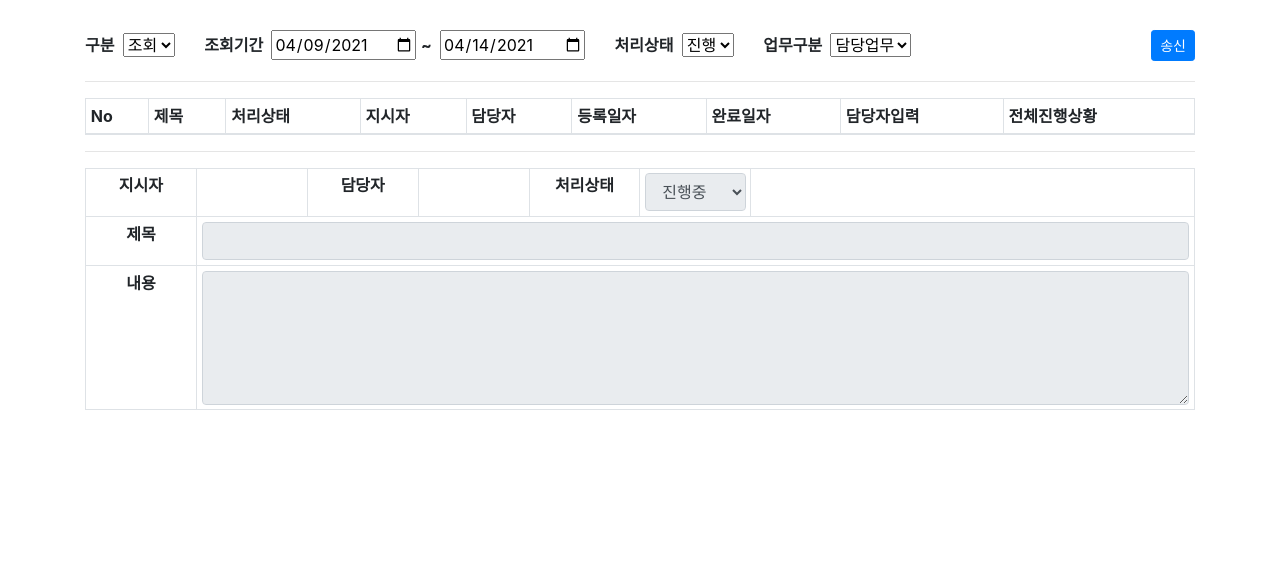
Repository: jungtaeyong/FSB_Project
Page: http://localhost/FsbJobMgt/main.jsp
These files come from the project's save history. The page is drawn as it stood at one moment and after the next save; the edit follows.
The browser window is 1280 px wide. The pictures show the whole page.
The page is served by Tomcat 9.

Above is the page before, as saved 2021-04-16 06:06:55.

### FsbJobMgt/WebContent/main.jsp
<%@ page language="java" contentType="text/html; charset=EUC-KR" pageEncoding="EUC-KR"%>
<%@ include file="/modal1_Adding.jsp" %>

<!DOCTYPE html PUBLIC "-//W3C//DTD HTML 4.01 Transitional//EN" "http://www.w3.org/TR/html4/loose.dtd">
<html>
<head>
<meta http-equiv="Content-Type" content="text/html; charset=EUC-KR">
<title>업무 관리</title>
</head>
<body>
<!-- jquery  -->
<script type="text/javascript" src="js/jquery-3.6.0.min.js"></script>

<!-- bootstrap -->
<link rel="stylesheet" type="text/css" href="lib/Bootstrap-4-4.1.1/css/bootstrap.min.css"/>
<script type="text/javascript" src="lib/Bootstrap-4-4.1.1/js/bootstrap.min.js"></script>

<!-- datatables -->
<link rel="stylesheet" type="text/css" href="lib/DataTables-1.10.24/css/dataTables.bootstrap4.min.css"/>
<script type="text/javascript" src="lib/DataTables-1.10.24/js/jquery.dataTables.min.js"></script>
<script type="text/javascript" src="lib/DataTables-1.10.24/js/dataTables.bootstrap4.min.js"></script>
<script>
$(document).ready(function() {
	/* 초기 조회 조건 세팅 */
	$('#REQUEST_TYPE').val('1'); //구분
	$('#BZWR_STS').val('01'); //처리상태
	$('#BZWR_DSTC').val('2'); //업무구분

	let befor7days= new Date();
	befor7days.setDate(befor7days.getDate()-5);
	document.getElementById('FROM_DATE').valueAsDate = befor7days; //FROM_DATE
	document.getElementById('TO_DATE').valueAsDate = new Date(); //TO_DATE


	/* 송신버튼 */
	$('#action_submit').click(function(){
		let dvcd = $('#REQUEST_TYPE').val();
		if(dvcd=='1'){
			console.log('조회');
			setTable();
		}else if(dvcd=='2'){
			console.log('등록');
			createNewJob();
		}else if(dvcd=='3'){
			console.log('변경');
			updateJob();
		}
	});

	/* 구분 변경 이벤트 처리 */
	$('#REQUEST_TYPE').change(function() {
		let dvcd = $('#REQUEST_TYPE').val();
		if(dvcd=='1'){
			$('#BZWR_EXC_CHGR_BTN').hide();
			$('#BZWR_STS_2').attr("disabled",true);
			$('#BZWR_TTL').attr("disabled",true);
			$('#BZWR_CNTN').attr("disabled",true);
		}else if(dvcd=='2'){
			$('#BZWR_INDC_CHGR').text('로그인 유저');
			$('#BZWR_EXC_CHGR').text('');
			$('#BZWR_EXC_CHGR_BTN').show();
			$('#BZWR_STS_2').attr("disabled",true);
			$('#BZWR_TTL').val("");
			$('#BZWR_CNTN').val("");
			$('#BZWR_TTL').removeAttr("disabled");
			$('#BZWR_CNTN').removeAttr("disabled");
		}else if(dvcd=='3'){
			$('#BZWR_EXC_CHGR_BTN').show();
			$('#BZWR_STS_2').removeAttr("disabled");
			$('#BZWR_TTL').removeAttr("disabled");
			$('#BZWR_CNTN').removeAttr("disabled");
			alert('변경할 데이터를 선택해주세요.');
		}
	});

} );

//function setTable(){
	/* 테이블 데이터 로딩 */
	let sendData = {
    		REQUEST_TYPE:$('#REQUEST_TYPE').val(),
    		FROM_DATE:$('#FROM_DATE').val(),
    		TO_DATE:$('#TO_DATE').val(),
    		BZWR_STS:$('#BZWR_STS').val(),
    		BZWR_DSTC:$('#BZWR_DSTC').val()
    };
	console.log('sendData',sendData);
	let jobList = $('#job_list').DataTable( {
        ajax : {
        	url : 'lib/testJson2.json',
        	type : 'POST',
        	data : sendData
        },
        columns : [
			{data: null },
			{data: "BZWR_TTL" },
            {data: "BZWR_STS", render : function ( data, type, row, meta ) {
            	if(data=="01"){
            		return '진행중';
            	}else if(data=="02"){
            		return '완료';
            	}
            }},
            {data: "BZWR_INDC_CHGR_TXT" },
            {data: "BZWR_EXC_CHGR_TXT" },
            {data: "BZWR_REG_DT" },
            {data: "BZWR_CMPL_DT" },
            {data: null , render : function ( data, type, row, meta ) {
                return '<button name="first_btn" class="btn btn-sm btn-default">입력</button>'
            }},
            {data: null , render : function ( data, type, row, meta ) {
                return '<button name="second_btn" class="btn btn-sm btn-default">확인</button>'
            }}
        ],
        columnDefs: [{ className: 'text-center', targets: [0,2,3,4,5,6,7,8] }],
        order: [[ 1, 'asc' ]]
    });
	console.log(jobList);

	/* 테이블 Index 생성을 위한 함수 */
	jobList.on( 'order.dt search.dt', function () {
		jobList.column(0, {search:'applied', order:'applied'}).nodes().each( function (cell, i) {
	        cell.innerHTML = i+1;
	    } );
	} ).draw();

	/* 테이블 클릭 이벤트  -> 클릭한 row에 해당하는 데이터를 상세 정보에 보여줌*/
	$('#job_list tbody').on('click', 'td:nth-child(-n+7)', function () {
		let data = jobList.row( this ).data();
	    console.log('Table Click Event',data);

		if($('#REQUEST_TYPE').val()!='2'){ //"구분-등록" 상태면 반응 없음.
	        $('#BZWR_INDC_CHGR').text(data.BZWR_INDC_CHGR_TXT); //지시자
	        $('#BZWR_EXC_CHGR').text(data.BZWR_EXC_CHGR_TXT); //담당자
	        $('#BZWR_STS_2').val(data.BZWR_STS); //처리상태(업무상태)
	        $('#BZWR_TTL').val(data.BZWR_TTL); //제목
	        $('#BZWR_CNTN').val(data.BZWR_CNTN); //내용
	        if($('#REQUEST_TYPE').val()=='1' || data.BZWR_STS=='02'){
	        	$('#BZWR_EXC_CHGR_BTN').hide();
				$('#BZWR_STS_2').attr("disabled",true);
				$('#BZWR_TTL').attr("disabled",true);
				$('#BZWR_CNTN').attr("disabled",true);
	        }else{
	        	$('#BZWR_EXC_CHGR_BTN').show();
				$('#BZWR_STS_2').removeAttr("disabled");
				$('#BZWR_TTL').removeAttr("disabled");
				$('#BZWR_CNTN').removeAttr("disabled");
	        }
		}
	} );

	/* 선택된  row 하이라이트 */
	$('#job_list tbody').on('click', 'tr', function() {
		$('#job_list tbody > tr').css('background-color','#ffffff');
		$(this).css('background-color','#f0f5f5');
	});

	/* 테이블 버튼 이벤트(담당자입력) */
	$('#job_list tbody').on( 'click', 'button[name="first_btn"]', function () {
	    let data = jobList.row( $(this).parents('tr') ).data();
		//console.log("First Button",data);
		setData(data); //모달 페이지로 데이터를 전달하기 위한 함수
		$('#exampleModal').modal();
	} );

	/* 테이블 버튼 이벤트(전체진행상황) */
	$('#job_list tbody').on( 'click', 'button[name="second_btn"]', function () {
	    let data = jobList.row( $(this).parents('tr') ).data();
		//console.log("Second Button",data);
	    setData(data); //모달 페이지로 데이터를 전달하기 위한 함수
		$('#exampleModalCenter').modal();
	} );
//}

/* 등록 */
function createNewJob(){
	$.ajax({
		url:'',
		dataType:'application/json',
		data : {
			REQUEST_TYPE:$('#REQUEST_TYPE').val(), //구분(조회,등록,변경)
			BZWR_DSTC:$('#BZWR_DSTC').val(), //업무구분
			BZWR_INDC_CHGR:'로그인 유저', //업무지시담당자
			BZWR_EXC_CHGR:'담당자', //업무수행담당자
			BZWR_STS:'1', //업무상태 (등록 시 진행으로 세팅)
			BZWR_TTL:$('#BZWR_TTL').val(), //업무제목
			BZWR_CNTN:$('#BZWR_CNTN').val() //업무내용
		},
		success:function(data){
			alert('등록 되었습니다.');
	   }
	})
}

/* 변경 */
function updateJob(){
	$.ajax({
		url:'',
		dataType:'application/json',
		data : {
			REQUEST_TYPE:$('#REQUEST_TYPE').val(), //구분(조회,등록,변경)
			BZWR_DSTC:$('#BZWR_DSTC').val(), //업무구분
			BZWR_EXC_CHGR:'담당자', //업무수행담당자
			BZWR_STS:$('#BZWR_STS_2').val(), //업무상태
			BZWR_TTL:$('#BZWR_TTL').val(), //업무제목
			BZWR_CNTN:$('#BZWR_CNTN').val() //업무내용
		},
		success:function(data){
			alert('변경 되었습니다.');
	   }
	})
}

</script>
<div class="container" style="margin-top:30px">
	<!-- 조회 조건 -->
	<div>
		<div>
			<label style="font-weight:bold;">구분&nbsp;</label>
			<select id="REQUEST_TYPE" style="margin-right:25px">
			    <option value="1">조회</option>
			    <option value="2">등록</option>
			    <option value="3">변경</option>
			</select>
			<label style="font-weight:bold">조회기간&nbsp;</label>
			<input type="date" id="FROM_DATE" style="width:145px" value=""/>
			<label style="font-weight:bold">~&nbsp;</label>
			<input type="date" id="TO_DATE" value=""  style="margin-right:25px;width:145px"/>
			<label style="font-weight:bold;">처리상태&nbsp;</label>
			<select id="BZWR_STS" style="margin-right:25px">
			    <option value="01">진행</option>
			    <option value="02">완료</option>
			    <option value="03">전체</option>
			</select>
			<label style="font-weight:bold;">업무구분&nbsp;</label>
			<select id="BZWR_DSTC">
			    <option value="1">지시업무</option>
			    <option value="2">담당업무</option>
			</select>
			<input type='button' id="action_submit" class="btn btn-sm btn-primary" style="float:right" value='송신'/>
		</div>
	</div>
	<hr/>
	<!-- 목록 -->
	<div>
		<table id="job_list" class="table table-sm table-bordered">
	        <thead>
	            <tr>
	            	<th>No</th>
	                <th>제목</th>
	                <th>처리상태</th>
	                <th>지시자</th>
	                <th>담당자</th>
	                <th>등록일자</th>
	                <th>완료일자</th>
	                <th>담당자입력</th>
	                <th>전체진행상황</th>
	            </tr>
	        </thead>
	    </table>
	</div>
	<hr/>
	<!-- 상세 -->
	<div>
		<table class="table table-bordered table-sm display" style="text-align:center;">
			<tr>
				<th scope="col" width="10%">지시자</th>
				<td scope="col" id="BZWR_INDC_CHGR" width="10%"></td>
				<th scope="col" width="10%">담당자</th>
				<td scope="col" width="10%">
					<span id="BZWR_EXC_CHGR"></span>
					<button id="BZWR_EXC_CHGR_BTN" class="btn btn-sm btn-info" style="display:none">선택</button>
				</td>
				<th scope="col" width="10%">처리상태</th>
				<td scope="col" width="10%">
					<select id="BZWR_STS_2" class="form-control" disabled>
					    <option value="01">진행중</option>
					    <option value="02">완료</option>
					</select>
				</td>
				<td scope="col"></td>
			</tr>
			<tr>
				<th scope="row">제목</th><td colspan="6"><input type="text" id="BZWR_TTL" class="form-control input-sm" disabled/></td>
			</tr>
			<tr>
				<th scope="row">내용</th><td colspan="6"><textarea ID="BZWR_CNTN" class="form-control input-sm" rows="5" disabled></textarea></td>
			</tr>
		</table>
	</div>
</div>
</body>
</html>

### FsbJobMgt/WebContent/modal1_Adding.jsp
<%@ page language="java" contentType="text/html; charset=EUC-KR"
    pageEncoding="EUC-KR"%>
<!DOCTYPE html>

<html lang="en">
  <head>
    <!-- Required meta tags -->
    <meta charset="utf-8">
    <meta name="viewport" content="width=device-width, initial-scale=1, shrink-to-fit=no">

	<!-- jquery  -->
	<script type="text/javascript" src="js/jquery-3.6.0.min.js"></script>

	<!-- bootstrap -->
	<link rel="stylesheet" type="text/css" href="lib/Bootstrap-4-4.1.1/css/bootstrap.min.css"/>
	<script type="text/javascript" src="lib/Bootstrap-4-4.1.1/js/bootstrap.min.js"></script>




<!--     드롭다운 style -->
    <style>
	.dropbtn {
	  background-color: #4CAF50;
	  color: white;
	  padding: 16px;
	  font-size: 16px;
	  border: none;
	}

	.dropdown {
	  position: relative;
	  display: inline-block;
	}

	.dropdown-content {
	  display: none;
	  position: absolute;
	  background-color: #f1f1f1;
	  min-width: 160px;
	  box-shadow: 0px 8px 16px 0px rgba(0,0,0,0.2);
	  z-index: 1;
	}

	.dropdown-content a {
	  color: black;
	  padding: 12px 16px;
	  text-decoration: none;
	  display: block;
	}

	.dropdown-content a:hover {background-color: #ddd;}

	.dropdown:hover .dropdown-content {display: block;}

	.dropdown:hover .dropbtn {background-color: #3e8e41;}
	</style>

  </head>
  <script>
	function setData(data){
		let dataObjFromMain; //dataObjFromMain.JOB_CD 처럼 접근해서 사용.
		dataObjFromMain=data;
		console.log('dataObjFromMain',dataObjFromMain); //확인용

		/* 여기에 DB에 데이터 요청하고 받아오고 view에 적용하는 로직 작성 */
	}
  </script>
  <body>
    <!--
    <h1>In Page</h1>
	<button type="button" class="btn btn-primary" data-toggle="modal" data-target="#exampleModal" data-whatever="@mdo">담당자 추가</button>
	-->


	<!-- 	### 담당자 추가 -->
	<div class="modal fade" id="exampleModal" tabindex="-1" role="dialog" aria-labelledby="exampleModalLabel" aria-hidden="true">
	  <div class="modal-dialog" role="document">
	    <div class="modal-content">
	      <div class="modal-header">
	        <h5 class="modal-title" id="exampleModalLabel">담당자 추가</h5>
	        <button type="button" class="close" data-dismiss="modal" aria-label="Close">
	          <span aria-hidden="true">&times;</span>
	        </button>
	      </div>

	      <div class="modal-body">
		    <b>최초 지시자&emsp;</b> <em>OOO</em>
		    &emsp;&emsp;&emsp;&emsp;&emsp;
		    <b>현재 담당자&emsp;</b> <em>OOO</em>

	     	<br/><br/>

			<table>
				<tr><!--행(row)선언-->
	                <th><b>추가 담당자</b></th>


	                	<!-- <input type="text" name = "UserID" value="" placeholder = "담당자 입력" style="width:100px; right:30%;"/> -->
	                	<!-- <input type="text" class="form-control" id="recipient-name" style="width:100px; padding-left:10px"> -->
	                	<td>
	                	&emsp;
	                		<select name="solar_birth_yn" id="solar_birth_yn">
		                		<option value="none">부 서</option>
		 				       	<option value="1">IT</option>
					       	 	<option value="2">일반본부</option>
					   		</select>
					   	&emsp;
					   		<select name="solar_birth_yn" id="solar_birth_yn">
		                		<option value="none">팀</option>
		 				       	<option value="1">계정운영팀</option>
					       	 	<option value="2">계정개발팀</option>
					   		</select>
					   	&emsp;
					   		<select name="solar_birth_yn" id="solar_birth_yn">
		                		<option value="none">사원</option>
		 				       	<option value="1">홍길동</option>
					       	 	<option value="2">김동율</option>
					   		</select>
					    </td>

	                <!-- <th rowspan="2"><input type="submit" value="로그인"/></th> -->
        	    </tr>
			</table>


			<hr>

	        <form>
	          <div class="form-group">
	            <label for="recipient-name" class="col-form-label">제 목</label>
	            <input type="text" class="form-control" id="recipient-name">
	          </div>
	          <div class="form-group">
	            <label for="message-text" class="col-form-label">내 용</label>
	            <textarea class="form-control" id="message-text" style="height:100px"></textarea>
	          </div>
	        </form>
	      </div>

	      <div class="modal-footer">
	        <button type="button" class="btn btn-secondary" data-dismiss="modal">닫기</button>
	        <button type="button" class="btn btn-primary">등록</button>
	      </div>
	    </div>
	  </div>
	</div>

	<!-- 	### 지시현황 체크 -->
		<!-- Button trigger modal -->
	<!--
	<button type="button" class="btn btn-primary" data-toggle="modal" data-target="#exampleModalCenter">
	  지시현황
	</button>
	-->

	<!-- Modal -->
	<div class="modal fade" id="exampleModalCenter" tabindex="-1" role="dialog" aria-labelledby="exampleModalCenterTitle" aria-hidden="true">
	  <div class="modal-dialog modal-dialog-centered" role="document">
	    <div class="modal-content">
	      <div class="modal-header">
	        <h5 class="modal-title" id="exampleModalCenterTitle">지시현황</h5>
	        <button type="button" class="close" data-dismiss="modal" aria-label="Close">
	          <span aria-hidden="true">&times;</span>
	        </button>
	      </div>

	      <div class="modal-body">
		     <table class="table">
				 <thead>
				   <tr>
				      <th>지시자</th>
				      <th>담당자</th>
				      <th>처리 상태</th>
   				      <th>지시 일자</th>
				   </tr>
				 </thead>
				 <tbody>
				   <tr>
				      <td>John</td>
				      <td>Doe</td>
				      <td>진행중</td>
				      <td>2021.03.01</td>
				   </tr>
				   <tr>
				      <td>Doe</td>
				      <td>Moe</td>
				      <td>진행중</td>
   				      <td>2021.04.02</td>
				   </tr>
				   <tr>
				      <td>Moe</td>
				      <td>Ryul</td>
				      <td>완료</td>
				      <td>2021.04.10</td>
				   </tr>
				 </tbody>
			</table>
	      </div>

	      <div class="modal-footer">
	        <button type="button" class="btn btn-secondary" data-dismiss="modal">닫기</button>
	      </div>
	    </div>
	  </div>
</div>




 </body>
</html>

### FsbJobMgt/WebContent/lib/testJson2.json
{
  "data": [
    {
      "BZWR_DSTC": "1",
      "JOB_CD": "20210410123456",
      "SQNO": "1",
      "BZWR_STS": "01",
      "BZWR_REG_DT": "2021-04-10",
      "BZWR_CMPL_DT": "",
      "BZWR_INDC_CHGR": "221001",
      "BZWR_INDC_CHGR_TXT": "김동률",
      "BZWR_EXC_CHGR":"221002",
      "BZWR_EXC_CHGR_TXT":"전명환",
      "BZWR_TTL":"업무제목랄랄랄",
      "BZWR_CNTN":"업무내용호롤롤롤"
    },
    {
      "BZWR_DSTC": "1",
      "JOB_CD": "20210410153215",
      "SQNO": "2",
      "BZWR_STS": "01",
      "BZWR_REG_DT": "2021-04-10",
      "BZWR_CMPL_DT": "",
      "BZWR_INDC_CHGR": "221001",
      "BZWR_INDC_CHGR_TXT": "김동산",
      "BZWR_EXC_CHGR":"221002",
      "BZWR_EXC_CHGR_TXT":"나승훈",
      "BZWR_TTL":"한국신용정보원",
      "BZWR_CNTN":"일반신용정보관리규약 실무 해설"
    },
    {
      "BZWR_DSTC": "1",
      "JOB_CD": "20210410095031",
      "SQNO": "3",
      "BZWR_STS": "02",
      "BZWR_REG_DT": "2021-04-10",
      "BZWR_CMPL_DT": "2021-04-20",
      "BZWR_INDC_CHGR": "221001",
      "BZWR_INDC_CHGR_TXT": "배문국",
      "BZWR_EXC_CHGR":"221002",
      "BZWR_EXC_CHGR_TXT":"엄상식",
      "BZWR_TTL":"Unit Method 명명규칙",
      "BZWR_CNTN":"피대문자 어플리케이션코드 세자리 대문자 업무구분코드"
    }
 ]
}

Loaded but not shown: FsbJobMgt/WebContent/js/jquery-3.6.0.min.js (library); FsbJobMgt/WebContent/lib/Bootstrap-4-4.1.1/css/bootstrap.min.css (library); FsbJobMgt/WebContent/lib/Bootstrap-4-4.1.1/js/bootstrap.min.js (library); FsbJobMgt/WebContent/lib/DataTables-1.10.24/css/dataTables.bootstrap4.min.css (library); FsbJobMgt/WebContent/lib/DataTables-1.10.24/js/jquery.dataTables.min.js (library); FsbJobMgt/WebContent/lib/DataTables-1.10.24/js/dataTables.bootstrap4.min.js (library)

After the next save:
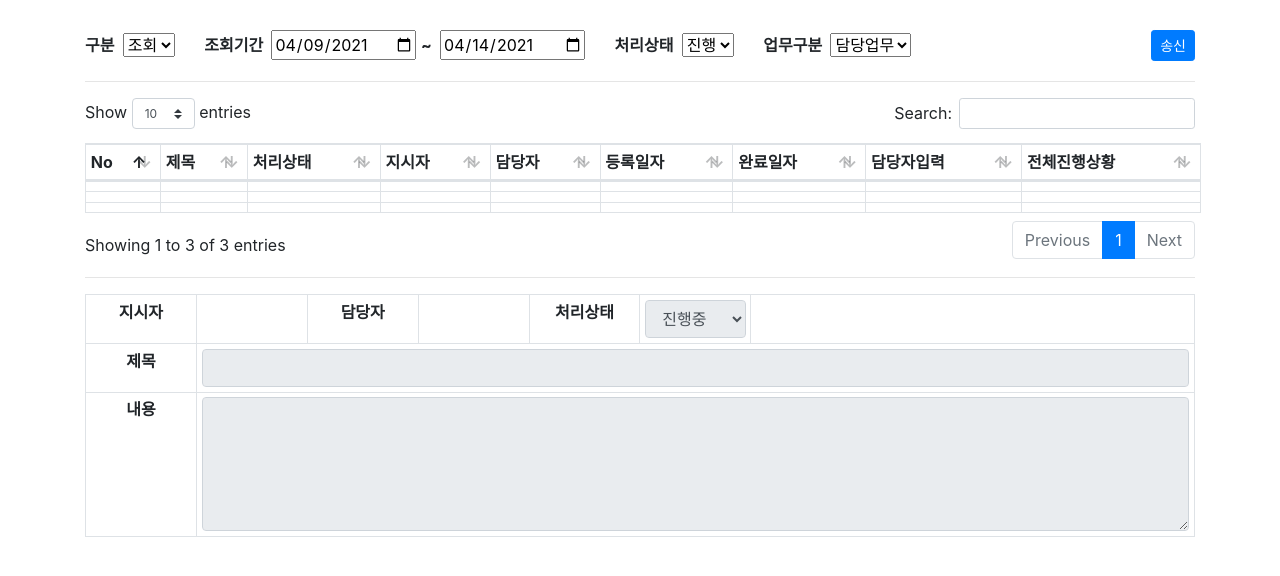
Saved 6 min 4 s later.
--- a/FsbJobMgt/WebContent/main.jsp
+++ b/FsbJobMgt/WebContent/main.jsp
@@ -30,6 +30,11 @@ $(document).ready(function() {
 	befor7days.setDate(befor7days.getDate()-5);
 	document.getElementById('FROM_DATE').valueAsDate = befor7days; //FROM_DATE
 	document.getElementById('TO_DATE').valueAsDate = new Date(); //TO_DATE
+
+
+	 $('#job_list').DataTable( {
+	        "ajax": 'lib/testJson2.json'
+	 } );
 
 
 	/* 송신버튼 */
@@ -75,7 +80,7 @@ $(document).ready(function() {
 
 } );
 
-//function setTable(){
+function setTable(){
 	/* 테이블 데이터 로딩 */
 	let sendData = {
     		REQUEST_TYPE:$('#REQUEST_TYPE').val(),
@@ -115,7 +120,6 @@ $(document).ready(function() {
         columnDefs: [{ className: 'text-center', targets: [0,2,3,4,5,6,7,8] }],
         order: [[ 1, 'asc' ]]
     });
-	console.log(jobList);
 
 	/* 테이블 Index 생성을 위한 함수 */
 	jobList.on( 'order.dt search.dt', function () {
@@ -170,7 +174,7 @@ $(document).ready(function() {
 	    setData(data); //모달 페이지로 데이터를 전달하기 위한 함수
 		$('#exampleModalCenter').modal();
 	} );
-//}
+}
 
 /* 등록 */
 function createNewJob(){
